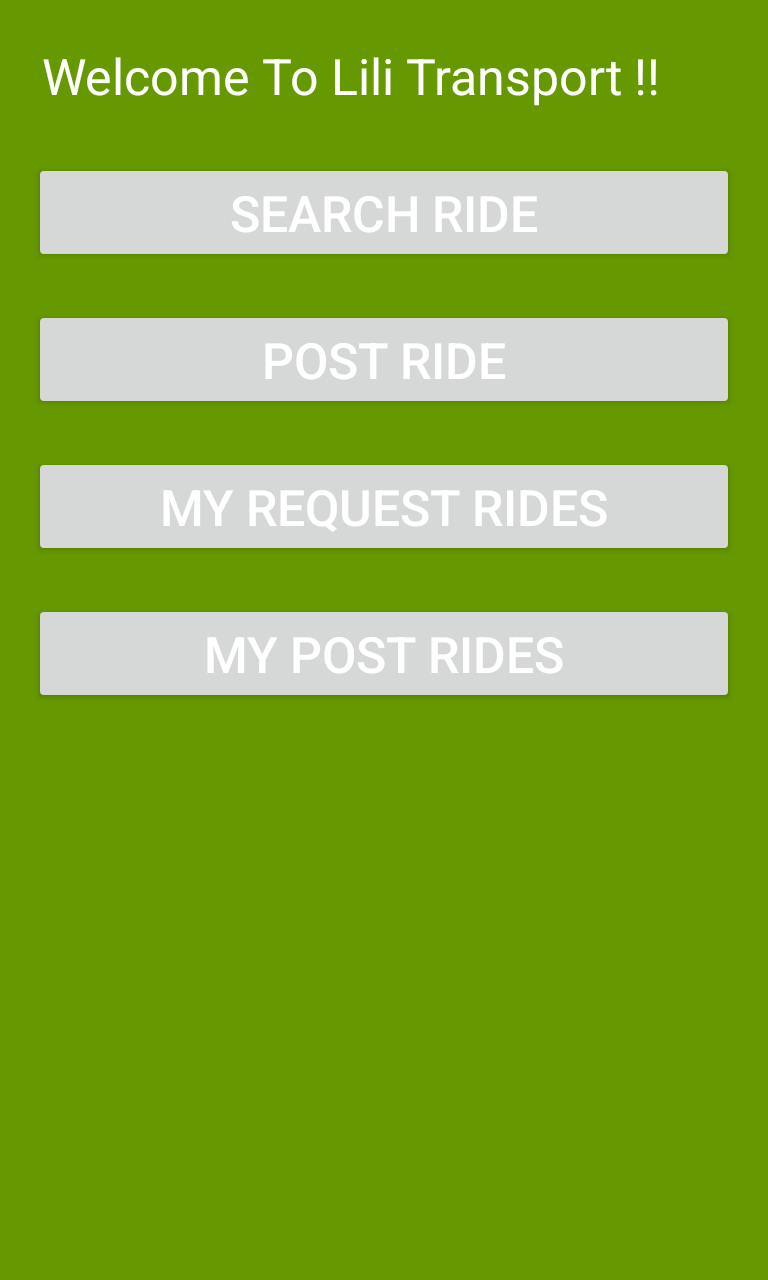
Repository: bwoldemi/LilyTrans
Layout: TransLily/res/layout/activity_main.xml
The author's editor kept a copy of each file at every save. The layout is drawn from the files as they stood at one save, then again after the next save.
It is drawn on a 768 x 1280 px phone screen (xhdpi) without system bars, with theme AppTheme; the app's code is not run.

Above is the layout before, as saved 2014-10-15 16:16:30.

After the next save:
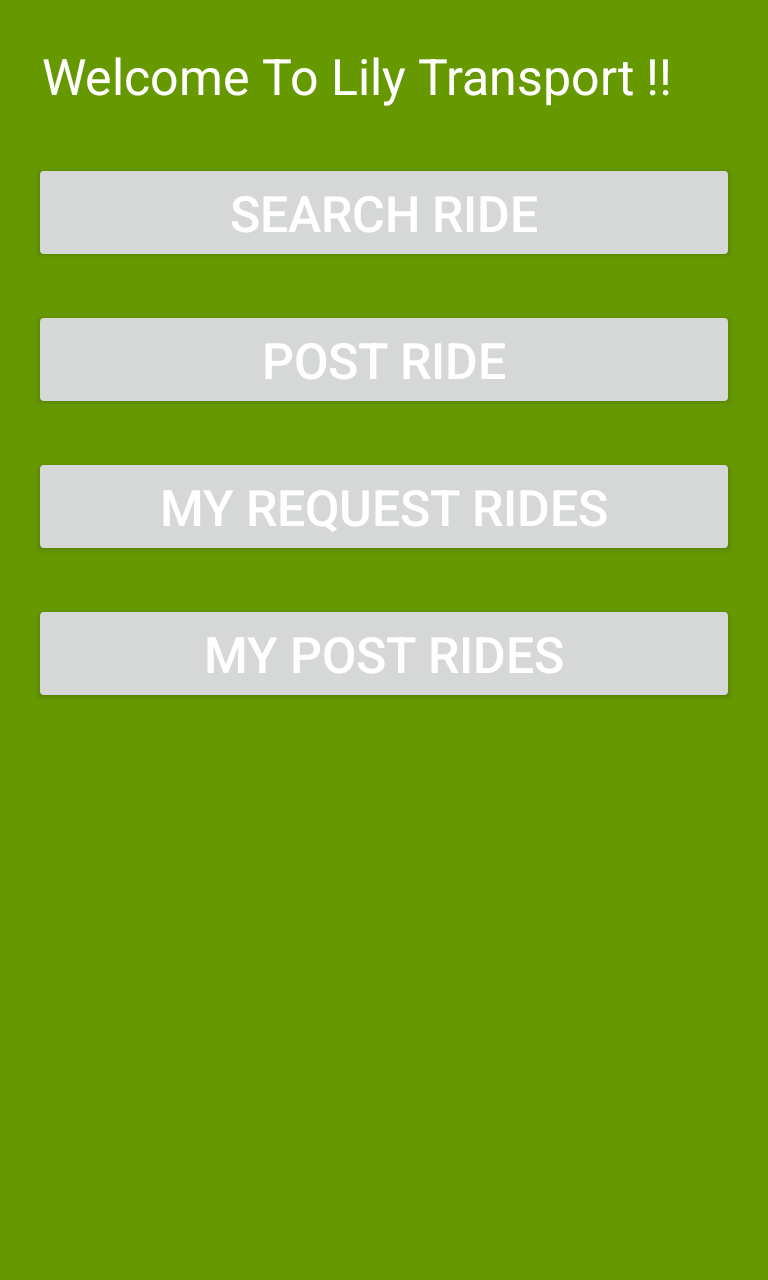
Saved 63 s later.
--- a/TransLily/res/values/strings.xml
+++ b/TransLily/res/values/strings.xml
@@ -25,6 +25,6 @@
     <string name="post_ride">Post Ride </string>
     <string name="My_request_rides">My Request Rides </string>
     <string name="My_Post_rides">My Post Rides</string>
-    <string name="welcome_message">Welcome To Lili Transport !!</string>
+    <string name="welcome_message">Welcome To Lily Transport !!</string>
 
 </resources>
